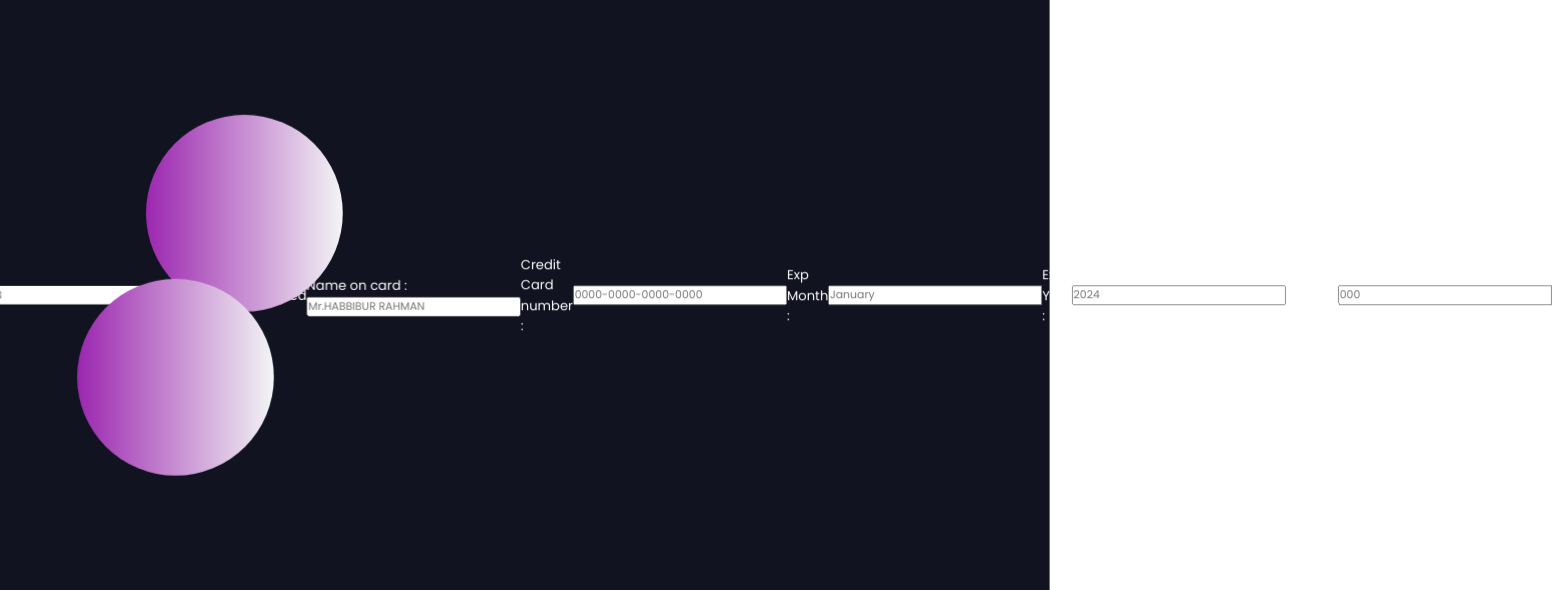
Repository: Habeebur1493/-002-Prompt
Page: index.html
The author's editor kept a copy of each file at every save. The page is drawn from the files as they stood at one save, then again after a run of saves.
The browser window is 1280 px wide. The page is 1893 px wide, then 1862 px, so the pictures cover 1893 px, including what lies to the right of the window. The pictures show the whole page, at 82% of full size.

Above is the page before, as saved 2024-09-11 00:44:02.

After the next 5 saves:
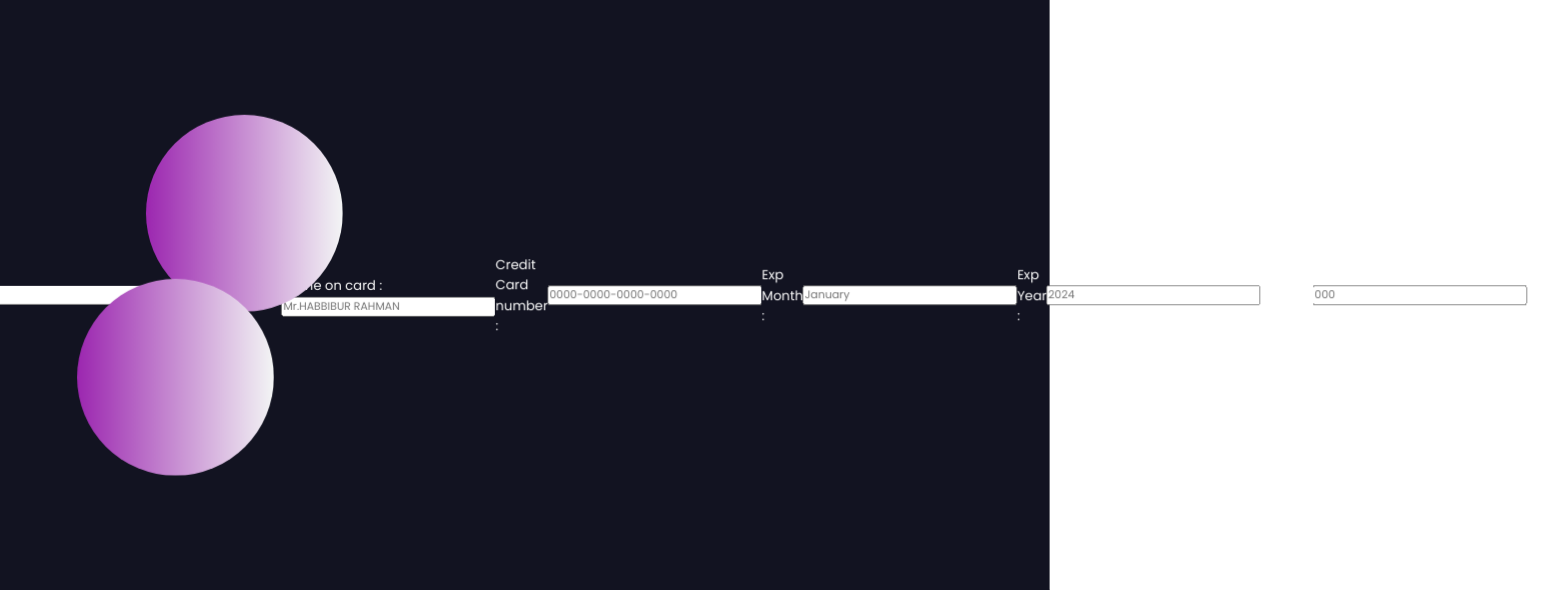
The 5 saves are shown as one change because they came seconds apart.
The last was saved 13 s later.
--- a/style.css
+++ b/style.css
@@ -168,3 +168,6 @@
     justify-content: center;
     align-items: center;
 }
+.content form{
+    width: 200px;
+}
